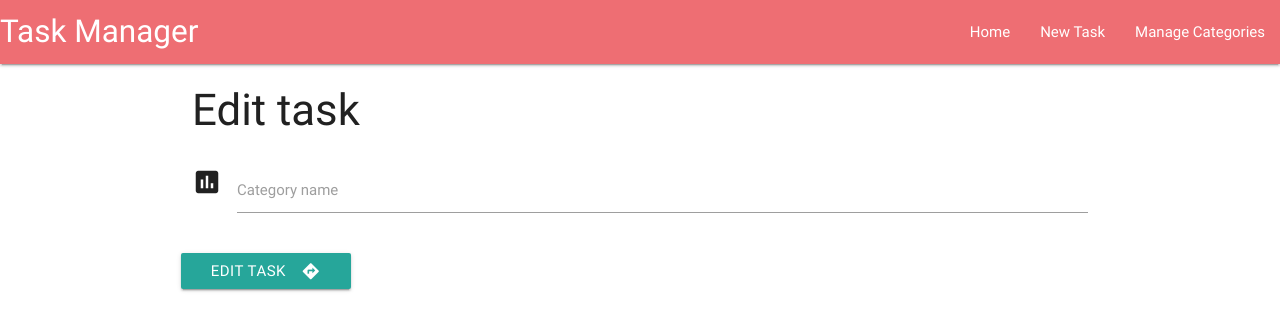
Repository: ivarsaris/Task-manager
Page: templates/editcategory.html
The author's editor kept a record of every edit. The page is drawn from the files as they stood at one moment, then again after the next edit.
The browser window is 1280 px wide. The pictures show the whole page.
The page is served by the project's application, run on Flask 3 (app.py). The template is opened directly, without the code that normally fills it, so the values that code supplies are empty.

Above is the page before.
Console error: TypeError: Cannot read properties of null (reading 'addEventListener')

### templates/editcategory.html
{% extends 'base.html' %} {% block content %}

<h3>Edit task</h3>
<div class="row">
    <form action="{{ url_for('update_task', task_id=task._id) }}" method='POST' class="col s12">
        <div class="row">
            <div class="input-field col s12">
                <i class="material-icons prefix">poll</i>
                <input id="category_name" name="category_name" type="text" class='validate' value="{{catecory.category_name}}">
                <label for="icon_prefix">Category name</label>
            </div>
        </div>
        <div class="row">
            <button class="btn waves-effect waves-light" type="submit" name="action">Edit task
                <i class="material-icons right">directions</i>
              </button>
        </div>
    </form>
</div>

<script src="https://cdnjs.cloudflare.com/ajax/libs/jquery/3.4.1/jquery.min.js"></script>
<script type="text/javascript">
    $(document).ready(function() {
        due_date = Date.parse('{{task.due_date}}');
        $('#due_date').pickadate('picker').set('select', due_date, { format: 'dd/mm/yyyy' }).trigger('change')
    });
</script>

{% endblock %}

### templates/base.html
<!DOCTYPE html>
<html lang="en">

<head>
    <link href="https://fonts.googleapis.com/icon?family=Material+Icons" rel="stylesheet">
    <link rel="stylesheet" href="https://cdnjs.cloudflare.com/ajax/libs/materialize/0.100.2/css/materialize.min.css">
    <link rel="stylesheet" href="{{url_for('static', filename='css/style.css')}}" type="text/css" />
</head>

<body>
    <header>
        <nav>
            <div class="nav-wrapper">
                <a href="{{url_for('get_tasks')}}" class="brand-logo">Task Manager</a>
                <a href="#" data-activates="mobile-demo" class="button-collapse"><i class="material-icons">menu</i></a>
                <ul id="nav-mobile" class="right hide-on-med-and-down">
                    <li><a href="{{url_for('get_tasks')}}">Home</a></li>
                    <li><a href="{{url_for('add_task')}}">New Task</a></li>
                    <li><a href="{{url_for('get_categories')}}">Manage Categories</a></li>
                </ul>
                <ul class="side-nav" id="mobile-demo">
                    <li><a href="{{url_for('get_tasks')}}">Home</a></li>
                    <li><a href="{{url_for('add_task')}}">New Task</a></li>
                    <li><a href="{{url_for('get_categories')}}">Manage Categories</a></li>
                </ul>
            </div>
        </nav>
    </header>
    <div class="container">
        {% block content %} {% endblock %}
    </div>
    <script src="https://cdnjs.cloudflare.com/ajax/libs/jquery/3.4.1/jquery.min.js"></script>
    <script src="https://cdnjs.cloudflare.com/ajax/libs/materialize/0.100.2/js/materialize.min.js"></script>
    <script type="text/javascript">
        $(document).ready(function() {
            $('.collapsible').collapsible();
            $('select').material_select();
        });

        $('.datepicker').pickadate({
            selectMonths: true, // Creates a dropdown to control month
            selectYears: 15, // Creates a dropdown of 15 years to control year,
            today: 'Today',
            clear: 'Clear',
            close: 'Ok',
            closeOnSelect: false // Close upon selecting a date,
        });

        document.getElementById("matfix").addEventListener("click", function(e) {
            e.stopPropagation();
        });
    </script>
</body>

</html>

### app.py
import os
from flask import Flask

app = Flask(__name__)

@app.route('/')
def hello():
    return 'Hello world... again'

if __name__ == '__main__':
    app.run(host=os.environ.get('IP'),
    port=int(os.environ.get('PORT')),
    debug=True)

### static/css/style.css
.btn_small {
    height: 24px;
    width: 70px;
    line-height: 24px;
    margin: 5px 5px;
    padding: 0 0.5em;
}

.btn_blue {
    background-color: blue;
}

.task_header {
    margin-top: 5px;
}

After the next edit:
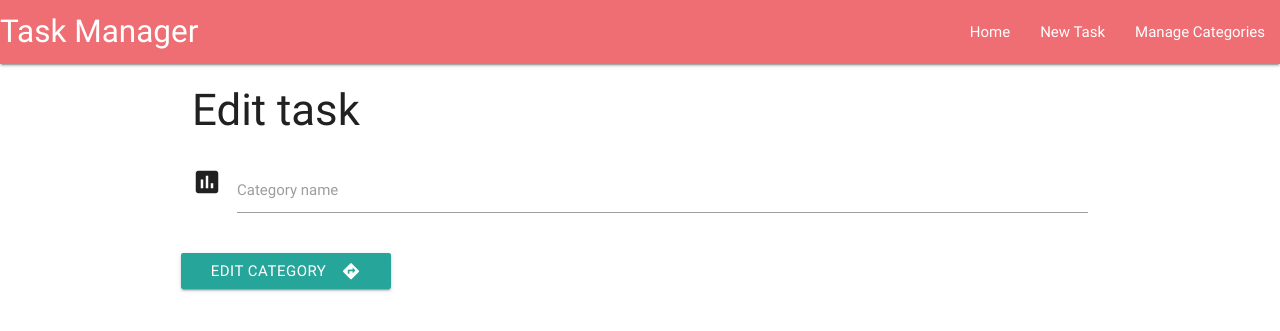
The edit:
--- a/templates/editcategory.html
+++ b/templates/editcategory.html
@@ -11,7 +11,7 @@
             </div>
         </div>
         <div class="row">
-            <button class="btn waves-effect waves-light" type="submit" name="action">Edit task
+            <button class="btn waves-effect waves-light" type="submit" name="action">Edit category
                 <i class="material-icons right">directions</i>
               </button>
         </div>
